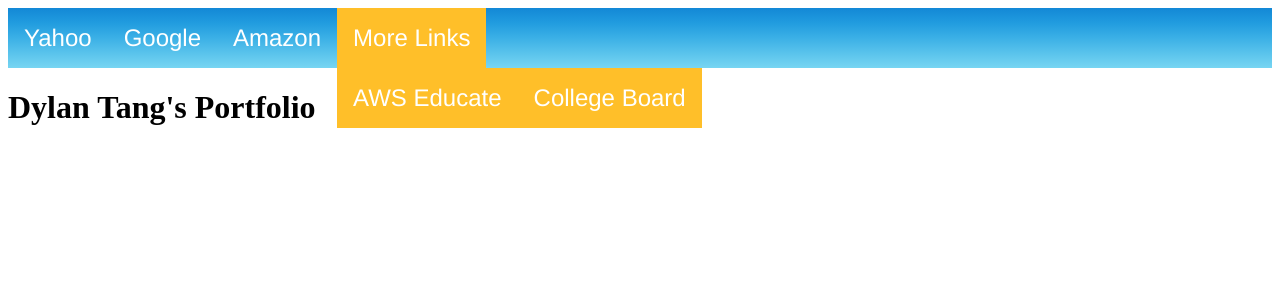
Repository: TangDylan/TangDylan.github.io
Page: index.html
The author's editor kept a record of every edit. The page is drawn from the files as they stood at one moment, then again after the next edit.
The browser window is 1280 px wide. The pictures show the whole page.
The pointer rests on the first visible `.dropdown`.

Above is the page before.

After the next edit:
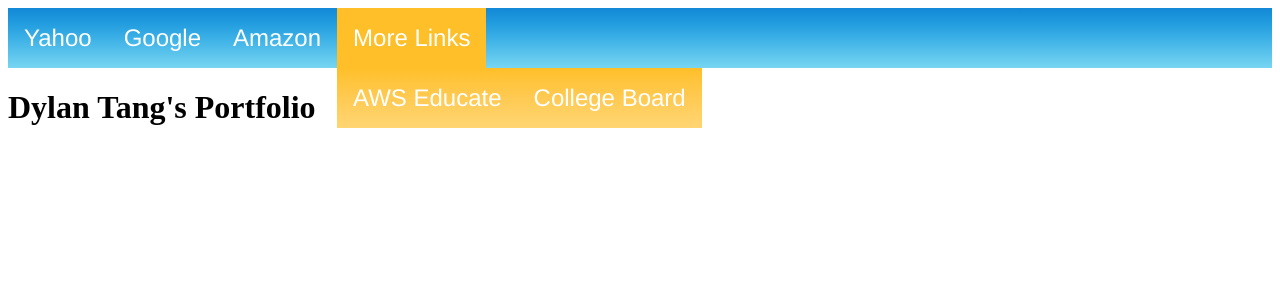
The edit:
--- a/index.html
+++ b/index.html
@@ -35,7 +35,7 @@
 
      .dropdown:hover .dropdown-content{
         display:block;
-        background-color:#ffbf29;
+        background-image: linear-gradient(to bottom, #ffbf29, #ffc53f, #ffca52, #ffd063, #ffd573);;
       }
 
      .dropdown-content{
